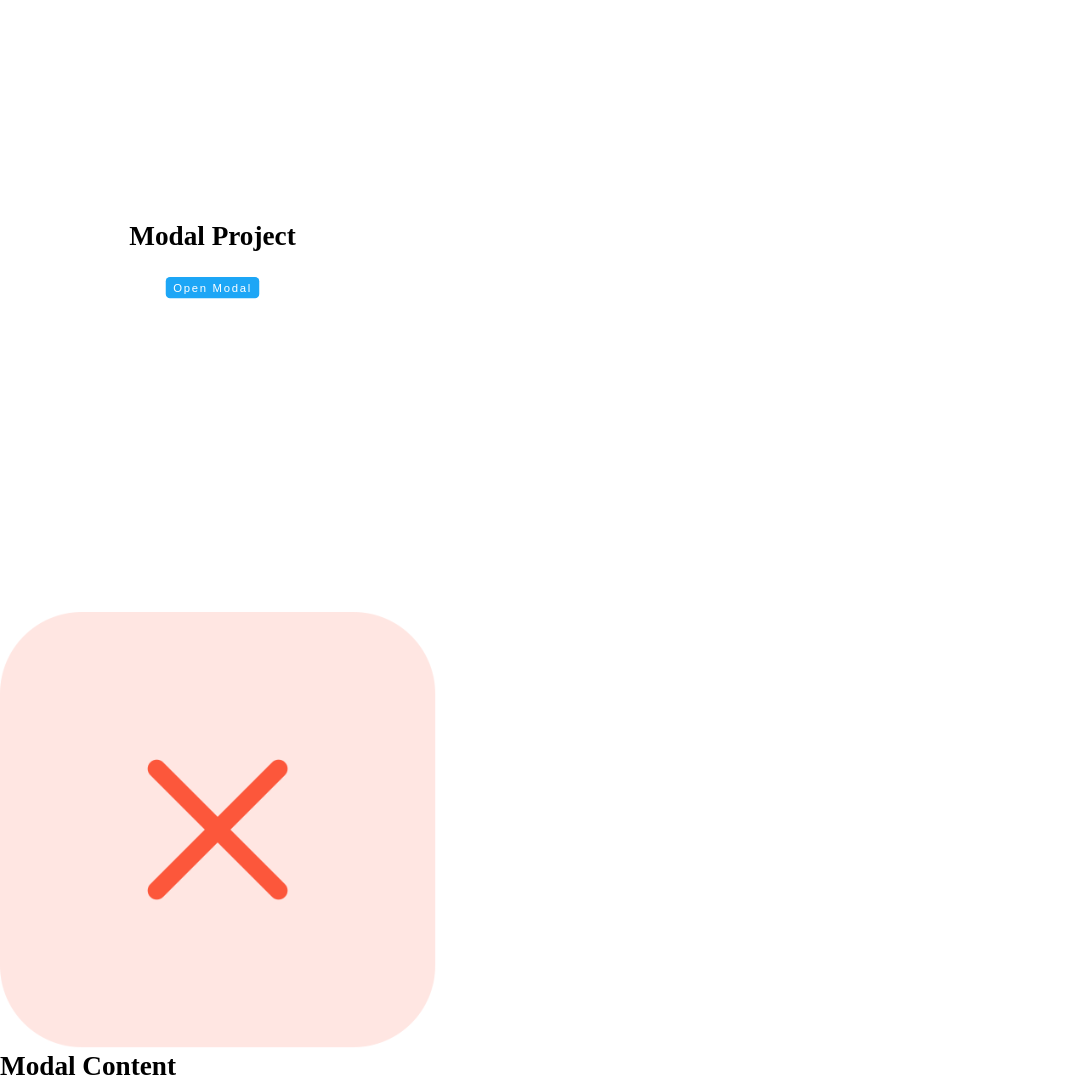
Repository: Trapti10/20-js-practice-projects-in-7-days-challenge
Page: Project_4_Modal_Project/index.html
The author's editor kept a copy of each file at every save. The page is drawn from the files as they stood at one save, then again after a run of saves.
The browser window is 1280 px wide. The pictures show the whole page, at 85% of full size.

Above is the page before, as saved 2025-11-24 14:11:00.

After the next 3 saves:
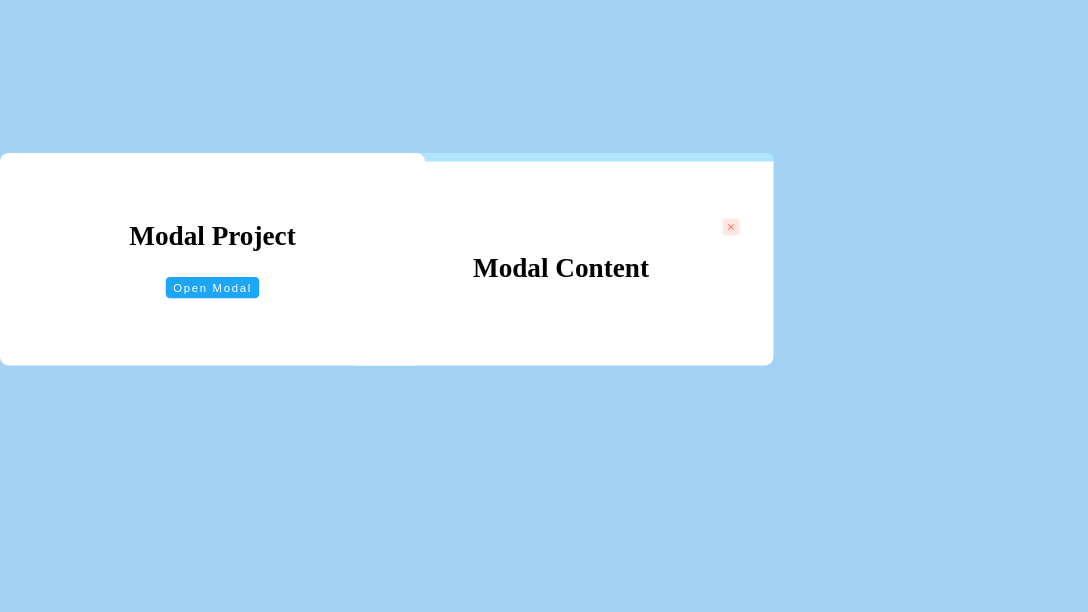
The 3 saves are shown as one change because they came seconds apart.
The last was saved 15 s later.
--- a/Project_4_Modal_Project/style.css
+++ b/Project_4_Modal_Project/style.css
@@ -50,7 +50,7 @@ button:hover{
     color: black;
     border: 2px solid rgb(29, 166, 246);
 }
-/*
+
 .modal-overlay{
     background: rgba(73, 166, 233, 0.5);
     position: fixed;
@@ -64,9 +64,9 @@ button:hover{
     padding: 35px 20px;
     visibility: visible;
      z-index: -10;
-} */
+}
 
-/* .madal-container{
+.madal-container{
     position: absolute;
     top: 25%;
     background: white;
@@ -80,19 +80,19 @@ button:hover{
     border: none;
     border-radius: 10px;
     gap: 20px;
-} */
+}
 
-/* .madal-container img{
+.madal-container img{
     height: 20px;
     right: 0;
     margin-left: 400px ;
     margin-top: 0px;
-} */
+}
 
 header{
-    /* position: absolute;
+    position: absolute;
     top: 0px;
     height: 10px;
     width: 100%;
-    background: rgba(159, 225, 252, 0.84); */
+    background: rgba(159, 225, 252, 0.84);
 }
